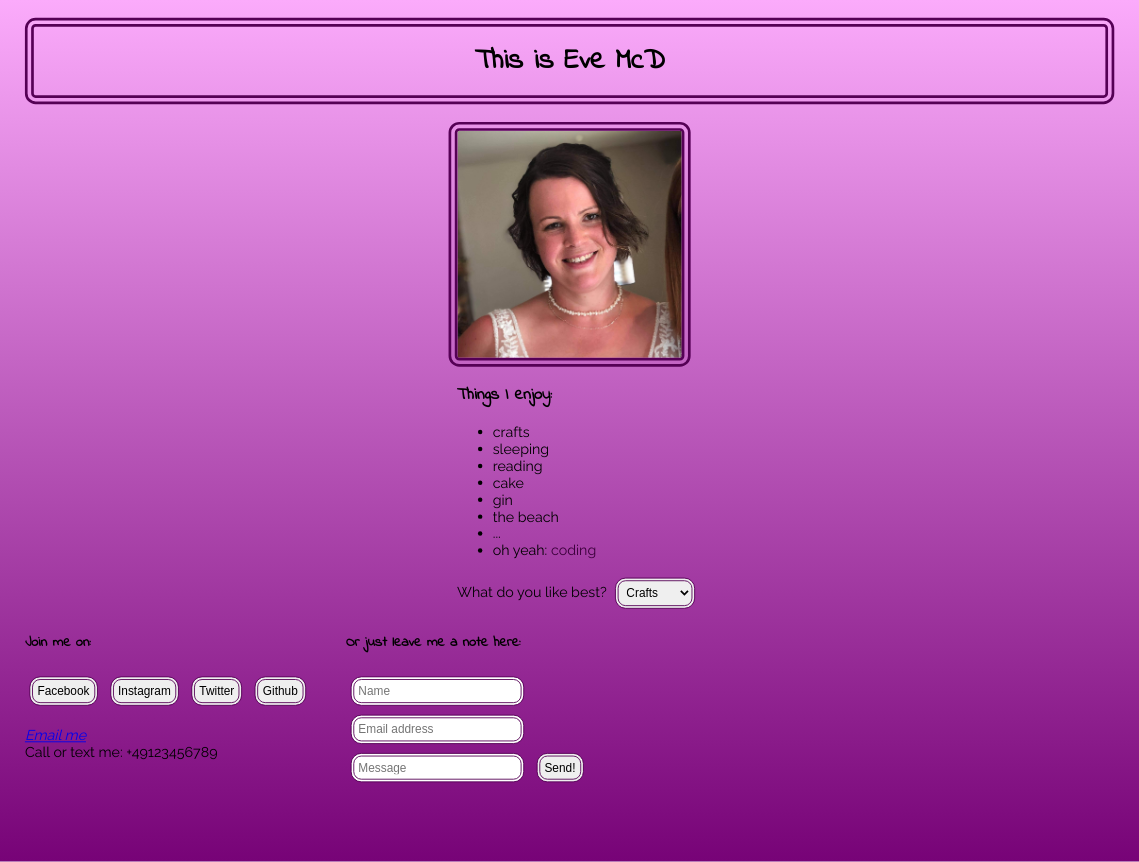
Repository: evemcd/Strive-Ignite-W1
Page: index.html
These files come from the project's save history. The page is drawn as it stood at one moment and after the next save; the edit follows.
The browser window is 1280 px wide. The pictures show the whole page, at 89% of full size.

Above is the page before, as saved 2021-01-17 20:10:23.

### index.html
<!DOCTYPE html>
<html>

<head>
    <title>Eve McDermott</title>
    <link rel="stylesheet" href="styles.css" />
    <link rel="preconnect" href="https://fonts.gstatic.com">
    <link rel="preconnect" href="https://fonts.gstatic.com">
    <link href="https://fonts.googleapis.com/css2?family=Indie+Flower&family=Raleway&display=swap" rel="stylesheet">
    <meta name="viewport" content="width=device-width, initial-scale=1.0">
</head>

<body>
    <div id="header">
        <div class="header__title">

        </div>
        <div class="header__image">

        </div>
    </div>
    <div>
        <h1>This is Eve McD</h1>
        <img src="Eve.jpg" class="center" alt="photo of Eve McD" />
    </div>
    <!-- list -->
    <div class="hobbies">
        <h3>Things I enjoy:</h3>
        <ul>
            <li>crafts</li>
            <li>sleeping</li>
            <li>reading</li>
            <li>cake</li>
            <li>gin</li>
            <li>the beach</li>
            <li>...</li>
            <li>oh yeah: <span style="color: rgb(59, 0, 59);">coding</span></li>
        </ul>
    </div>

    <div class="hobbies">
        <label for="hobbies">What do you like best?</label>
        <select name="hobbies" id="hobbies" class="socialbutton">
            <option value="crafts">Crafts</option>
            <option value="sleeping">Sleeping</option>
            <option value="reading">Reading</option>
            <option value="cake">Cake</option>
            <option value="gin">Gin</option>
            <option value="beach">Beach</option>
            <option value="coding">Coding</option>
        </select>
    </div>
    <div class="container">
        <div class="div1">
            <h4>Join me on:</h4>
            <input type="button" href="www.facebook.com" value="Facebook" class="socialbutton" />
            <input type="button" href="www.instagram.com" value="Instagram" class="socialbutton" />
            <input type="button" href="www.twitter.com" value="Twitter" class="socialbutton" />
            <input type="button" href="www.github.com" value="Github" class="socialbutton" />
            <br><br>
            <address>
                <a href="mailto:eve@mcdermott.com">Email me </a>
            </address>
            Call or text me: +49123456789
            </p>
        </div>
        <div class="div1">
            <form>
                <h4>Or just leave me a note here:</h4>
                <input type="text" placeholder="Name" class="socialbutton" /><br>
                <input type="email" placeholder="Email address" class="socialbutton" /><br>
                <input type="text" placeholder="Message" class="socialbutton" />
                <input type="button" value="Send!" class="socialbutton" />
            </form>
        </div>
    </div>
    </div>
    <br><br><br><br>

</body>

</html>

### styles.css
body {
    background: rgb(251,171,251);
    background: linear-gradient(180deg, rgba(251,171,251,1) 0%, rgba(119,3,119,1) 100%);
    font-family: Raleway;
}

.div1 {
    display: inline-block;
    /* width: 40%; */
    vertical-align: top;
    margin: 0px 20px 0px 20px;
}

.container {
    display: flex;
    flex-flow: column wrap;
    flex-direction: row;
    justify-content: flex-start;
}

h1 {
    padding: 15px;
    margin: 20px;
    border: 10px double rgb(85, 1, 85);
    border-radius: 12px;
    text-align: center;
}

h1, h2, h3, h4, h5, h6 {
    font-family: Indie Flower;
}

.textcenter {
    text-align: center;
}

.center {
    display: block;
    margin-left: auto;
    margin-right: auto;
    width: 20%;
    border: 10px double rgb(85, 1, 85);
    border-radius: 12px;
}

.socialbutton {
    border: 4px double rgb(85, 1, 85);
    border-radius: 12px;
    padding: 5px;
    margin: 5px;
}

.hobbies {
    margin-left: 40%;
}

@media screen and (max-width: 992px) {
    .div1 {
    display: inline-block;
    width: 100%;
    vertical-align: top;
    }
    .hobbies {
        margin-left: 10%;
    }
  }

After the next save:
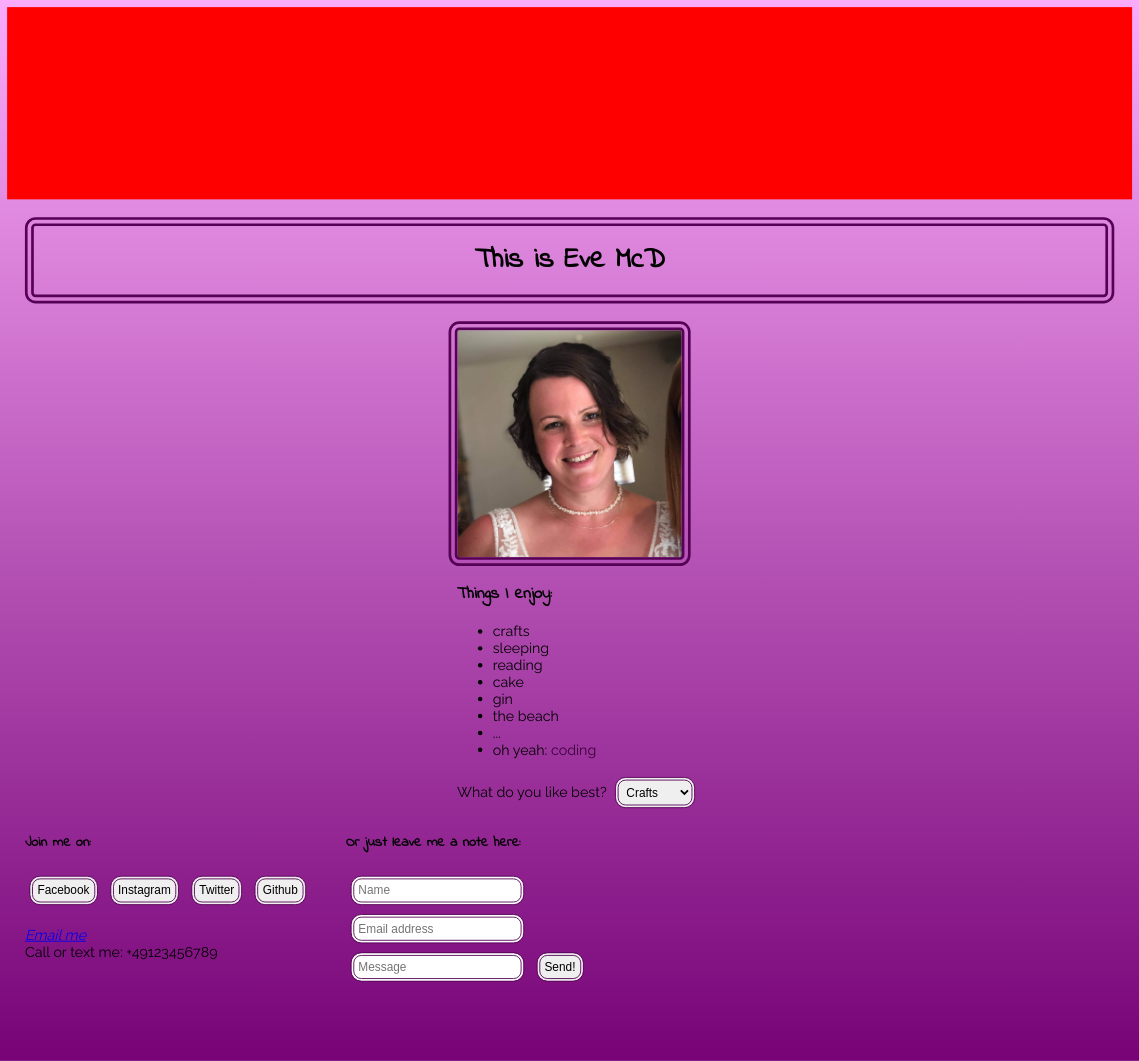
Saved 2 min 41 s later.
--- a/styles.css
+++ b/styles.css
@@ -43,6 +43,21 @@ h1, h2, h3, h4, h5, h6 {
     border-radius: 12px;
 }
 
+#header {
+    width: 100%;
+    height: 30vh;
+    position: relative;
+    background-color: red;
+}
+
+.header__title {
+    width: 50%;
+    background-color: blue;
+    position: absolute;
+    top: 0;
+    left: 0;
+}
+
 .socialbutton {
     border: 4px double rgb(85, 1, 85);
     border-radius: 12px;
